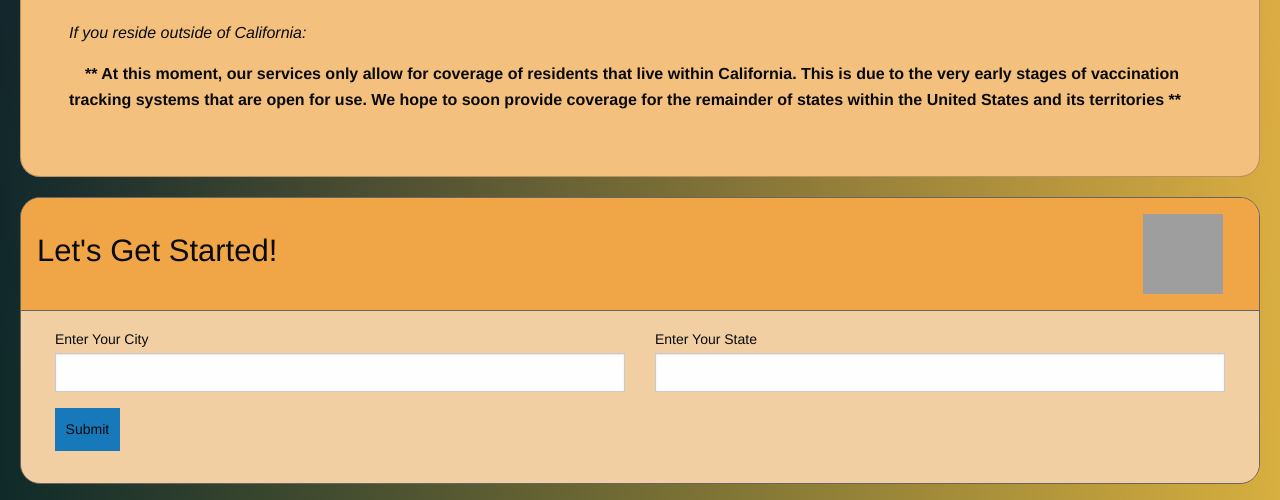
Repository: seddboi/Save-A-Shot
Page: index.html
An editor plug-in stored every save of this project. The page is shown before and after the next save, followed by the edit.
The browser window is 1280 px wide. The pictures show the part of the page from y = 1198 to 1716 px (the page is 1698 px tall before and 1716 px after).
Pictures or frames that could not be fetched are drawn as grey boxes. A picture or video elsewhere on the page could not be fetched, so the positions and the page height are approximate. The page's requests for data from a server got no answer. Some web libraries are served in a nearby version.

Above is the page before, as saved 2021-03-19 18:31:22.

### index.html
<!DOCTYPE html>
<html lang="en">
  <head>
    <meta charset="UTF-8" />
    <meta name="viewport" content="width=device-width, initial-scale=1.0" />
    <meta http-equiv="X-UA-Compatible" content="ie=edge" />

    <link rel="stylesheet" href="https://pro.fontawesome.com/releases/v5.10.0/css/all.css"
    integrity="sha384-AYmEC3Yw5cVb3ZcuHtOA93w35dYTsvhLPVnYs9eStHfGJvOvKxVfELGroGkvsg+p"
    crossorigin="anonymous"
    />

    <link rel="stylesheet" href="https://cdn.jsdelivr.net/npm/foundation-sites@6.6.3/dist/css/foundation.min.css"
    integrity="sha256-ogmFxjqiTMnZhxCqVmcqTvjfe1Y/ec4WaRj/aQPvn+I="
    crossorigin="anonymous">

    <link rel="stylesheet" href="./assets/css/style.css" />
    <title>Save-A-Shot</title>
  </head>

  <body>
    <div class="top-bar">
      <div class="top-bar-left">
        <h5 class="menu-text"><strong><em>Save-A-Shot</em></strong></h5>
      </div>
      <div class="top-bar-right">
        <ul class="menu" id='menu'>
          <li><a href="#mission">About</a></li>
          <li><a href=#services>Services</a></li>
          <li><a href="#start-form">Get Started</a></li>
        </ul>
      </div>
    </div>

    <div class="main-title">
      <div class="main-title-text">
          <h1>Welcome to <br /><strong>Save-A-Shot</strong></h1>
      </div>
    </div>


    <div id ='mission' class="callout grid-x primary clearfix ">
      <div class='grid-x grid-padding-x align-spaced align-middle'>
        <div class='cell small-6'>
          <h3>Our Mission</h3>
          <p>&emsp;As the pandemic spreads wildly around us, we have all had to face the stress and uncertainty of how our safety and health could result in the end. So with Save-A-Shot, we wanted to create a universal mapping program that could assist in keeping you safe from the Coronavirus 19. With the vaccine still being relatively new, there is much uncertainty and confusion of how and where you could get the vaccine. Whether it be for yourself or your loved ones, Save-A-Shot was made out to create a universal guide to locating and scheduling vaccination appointments, at the simple click of a button.</p>
        </div>
        <img id='get-vaccinated-gif' src="https://media.giphy.com/media/FO8CZ01HoTCA5ahQQq/giphy.gif">
      </div>
    </div>

    <div id='services' class="callout large primary">
      <div id='top-section-services' class='grid-x align-justify align-middle'>
        <img id='multi-vax-gif' class='large-order-1 medium-order-1 small-order-2' src='https://media.giphy.com/media/eCYMDIvccUYqNjTXHr/giphy.gif'>
        <div class='cell small-6 large-order-2 medium-order-2 small-order-1 grid-y'>
          <h3>How We Can Help</h3>
          <p><em>If you reside within California:</em>
            <ul>
              <li>We provide information on how widespread the virus is in your area</li>
              <li>We present a localized map of nearby clinics/hospitals/pharmacies that provide COVID 19 vaccination services</li>
              <li>We also provide the ability to follow another link to schedule a vaccination appointment (where availability and accessibility allows)</li>
            </ul>
          </p>
        </div>
      </div>
      <p><em>If you reside outside of California:</em>
        <p>&emsp;<strong>** At this moment, our services only allow for coverage of residents that live within California. This is due to the very early stages of vaccination tracking systems that are open for use. We hope to soon provide coverage for the remainder of states within the United States and its territories **</strong></p>
      </p>
    </div>

    <div id='bottom-form' class="card grid-x" >
      <div id='card-divider'class="card-divider align-justify align-middle">
        <h3 id='start-form'>Let's Get Started!</h3>
        <img id='virus-gif' src="https://media.giphy.com/media/GWW6OQgQyJLHB0rkx3/giphy.gif">
      </div>
      <div class="card-section" id='card-section'>
        <form id='form'>
          <div class="grid-container">
            <div class="grid-x grid-padding-x">
              <div class="medium-6 cell">
                <label>Enter Your City
                  <input id ='city' type="text" >
                </label>
              </div>
              <div class="medium-6 cell">
                <label>Enter Your State
                  <input id='state' type="text" >
                </label>
              </div>
            </div>
            <button type='button' class='button tiny'>
              <a href='results.html'><label>Submit</label></a>
            </button>
          </div>

          <!-- or ...

          <div class='grid-container'>
            <div class='grid-x grid-padding-x'>
              <label>
                Enter Your Zip Code
                <input id='zipcode' class='cell medium-6' type="number" >
              </label>
            </div>
            <button href='results.html' type='button' class='button'>
              <a href='results.html'><label>Submit</label></a>
            </button>
          </div> -->
        </form>
      </div>
    </div>



    <script src="https://cdnjs.cloudflare.com/ajax/libs/jquery/3.2.1/jquery.min.js"></script>
    <script src='./assets/js/scheduler.js'></script>
  </body>

### assets/css/style.css
* {
    box-sizing: border-box;
}

body {
    background-image: linear-gradient(0deg, rgba(71, 224, 17, 0.15) 0%,rgba(159, 153, 81, 0.15) 100%),linear-gradient(90deg, rgb(5, 10, 46),#f0a647);
}

.top-bar {
    background-color: #f0a647;
    border-radius: 10px;
    margin: 5px;
}

#menu {
    background-color: #f0a647;
}

.main-title {
    background: url("https://cdn.the-scientist.com/assets/articleNo/68059/hImg/40017/istock-1215208129-banner-l.png") 50% no-repeat;
    background-size: cover;
    height: 50vh;
    border-radius: 10px;
    margin-left: 20px;
    margin-right: 20px;
    margin-top: 20px;
    text-align: center;
    display: -webkit-flex;
    display: -ms-flexbox;
    display: flex;
    -webkit-align-items: center;
        -ms-flex-align: center;
            align-items: center;
    -webkit-justify-content: center;
        -ms-flex-pack: center;
            justify-content: center;
}

#bottom-form {
    background-color: #f0a647;
    border: 1px solid#666;
    margin-left: 20px;
    margin-right: 20px;
    margin-top: 20px;
    border-radius: 20px;
}

#card-divider {
    border-bottom: 1px solid #666;
}

#card-divider {
    background-color: #f0a647;
}

.main-title-text {
    color: #fefefe;
    text-shadow: 3px 3px 7px #0a0a0a;
}

#mission {
    margin-left: 20px;
    margin-right: 20px;
    margin-top: 20px;
    border-radius: 20px;
    background-color: #f1ae57;
}

#get-vaccinated-gif {
    width: 300px;
    height: auto;
    border: 1px solid#666;
    border-radius: 7px;
}

#services {
    margin-left: 20px;
    margin-right: 20px;
    margin-top: 20px;
    border-radius: 20px;
    background-color: #f3c07e;
}
#top-section-services {
    margin-bottom: 40px;
}

#multi-vax-gif {
    width: 40%;
    height: 40%;
    border: 1px solid#666;
    border-radius: 7px;
}

#card-section {
    background-color: #f1cfa3;
}

#form {
    background-color: #f1cfa3;
}

#virus-gif {
    width: 80px;
    height: 80px;
    margin-right: 20px;
}

### assets/js/scheduler.js
// This is our Javascript:

var website = "https://api.vaccinateca.com/v1/locations.json"
var zip = 92101;

var dataSet = function(url){
    fetch(url).then(function(response){
        if(response.ok){
            response.json().then(data => {
                console.log(data)
                var count = 0;

                for(var i = 0; i < data.content.length; i++){
                    count++;
                    var address = data.content[i].Address;

                    if("Availability Info" in data.content[i]){
                        var available = data.content[i]["Availability Info"][0];
                        if(available.includes("Yes")){
                            getLocations(zip, address);
                        }
                    }
                    else{
                        continue;
                    }
                }
            })
        }
        else{
            console.log("error: " + response.statusText)
        }
    })
}

function getLocations(zipCode, address){
    try{
        if(address.includes(zipCode)){//might need a function next here.
            console.log(address)
        }
    }catch{
        // need to add something since it returns undefined and might cause a problem later.
        console.log("Error")
    }
}

dataSet(website);

// Starting from here the maps api section is here.
// keep this for now this is using google maps and for the map on the website
// maybe use open street map instead

// var script = document.createElement("script");
// var mapArea = document.createElement("div");
// var key = "AIzaSyAA56LyLz0Je0lF6xwbl9DLhzuI_QOurJM"
// var mapsite = "https://maps.googleapis.com/maps/api/js?key=" + key + "&callback=initMap&libraries=&v=weekly"

// mapArea.id = "map";
// mapArea.style.height = "100%";
// script.src = mapsite;

// document.body.insertBefore(mapArea, document.body.firstChild)
// document.body.appendChild(script);

// let map;

// function initMap() {
//   map = new maps.Map(mapArea, {
//     center: { lat: -34.397, lng: 150.644 },
//     zoom: 8,
//   });
// }

// initMap();

After the next save:
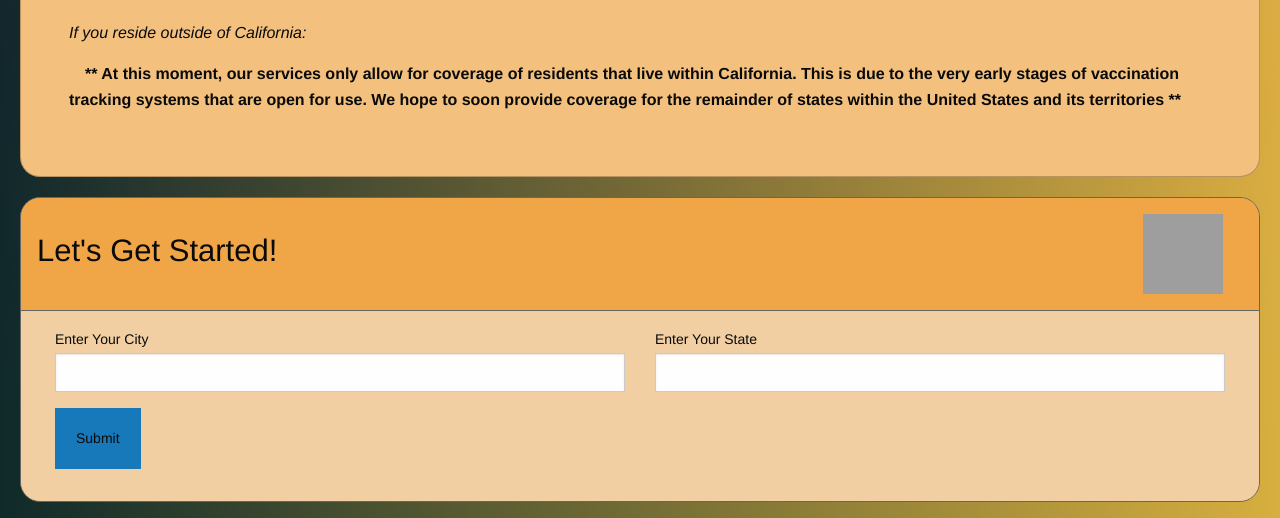
Saved 12 s later.
--- a/index.html
+++ b/index.html
@@ -88,7 +88,7 @@
                 </label>
               </div>
             </div>
-            <button type='button' class='button tiny'>
+            <button type='button' class='button large'>
               <a href='results.html'><label>Submit</label></a>
             </button>
           </div>
